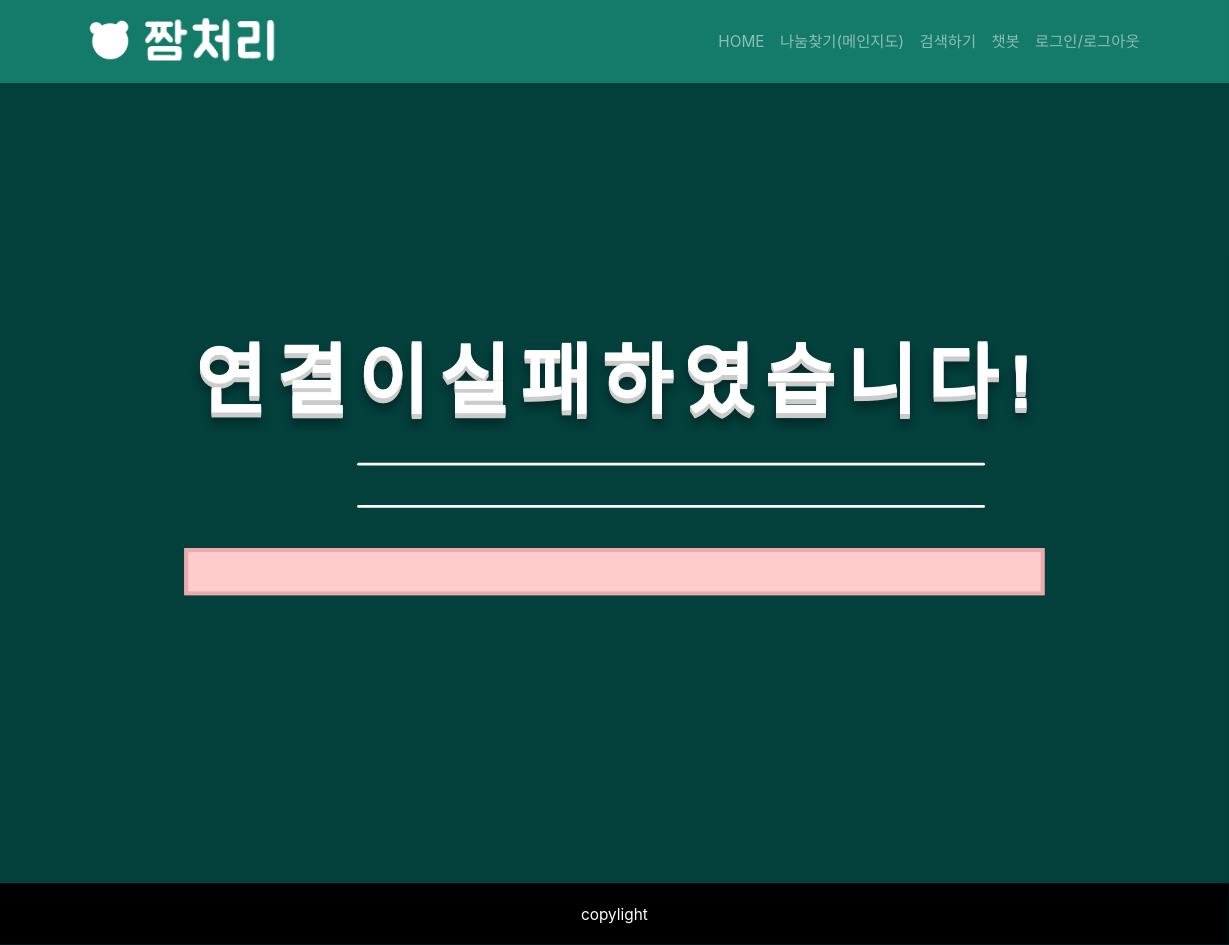
Repository: navang/JJAM_project
Page: http://localhost/jjam/jjam_7_result_fail.jsp
The author's editor kept a copy of each file at every save. The page is drawn from the files as they stood at one save, then again after the next save.
The browser window is 1280 px wide. The pictures show the whole page, at 96% of full size.
Some web fonts or font styles are not loaded; a fallback is used. Some web libraries are served in a nearby version. The page is served by Tomcat 9. Nobody is signed in. The application's start-up code is not run.

Above is the page before, as saved 2019-07-18 03:58:57.

After the next save:
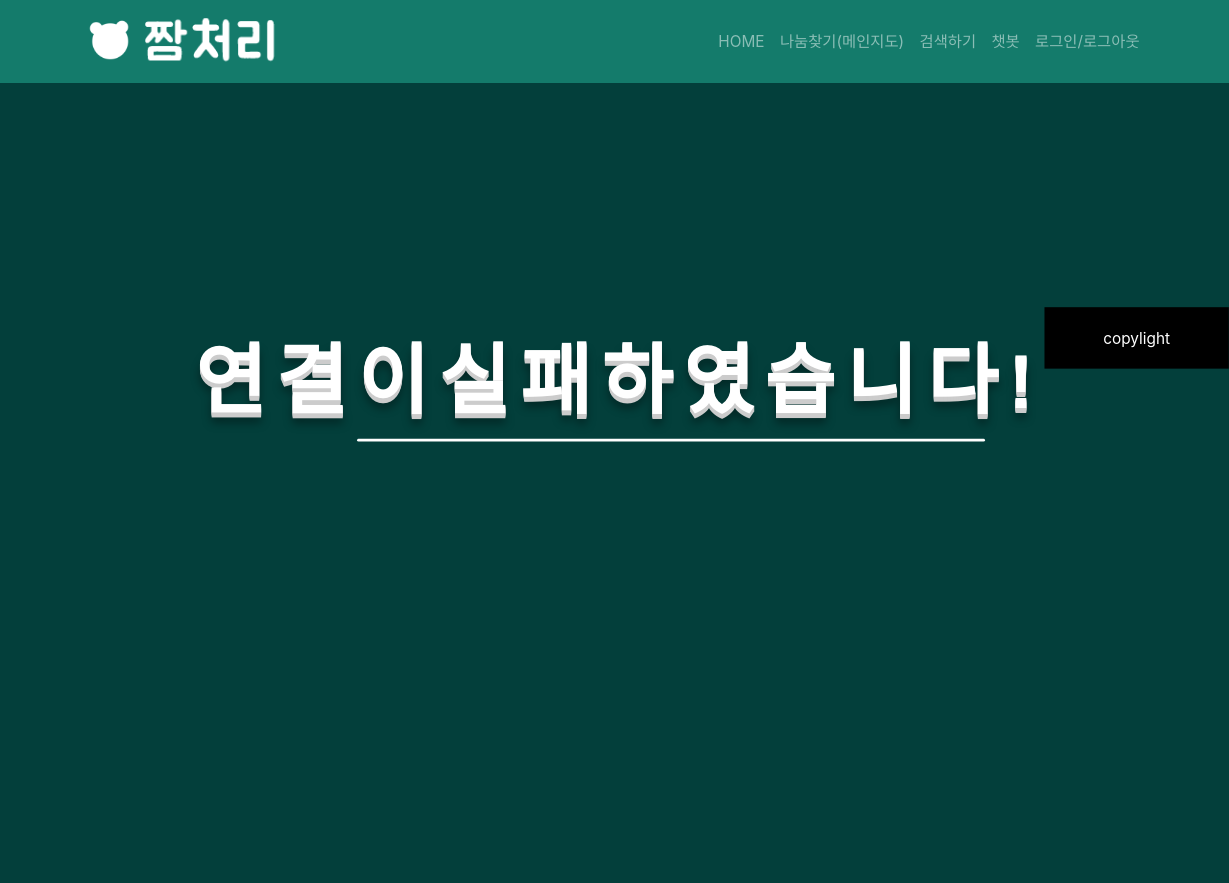
Saved 71 s later.
--- a/jjam/src/main/webapp/jjam_7_result_fail.jsp
+++ b/jjam/src/main/webapp/jjam_7_result_fail.jsp
@@ -106,8 +106,10 @@
 </h1>
 
 <div class="result-form-item-line"></div>
-<div class="result-form-item-line"></div>
-<div class="red"></div>
+<div>
+<input type="button" class="btn col-lg-12"
+</div>
+
 
      </div>
      <div class=""></div>
